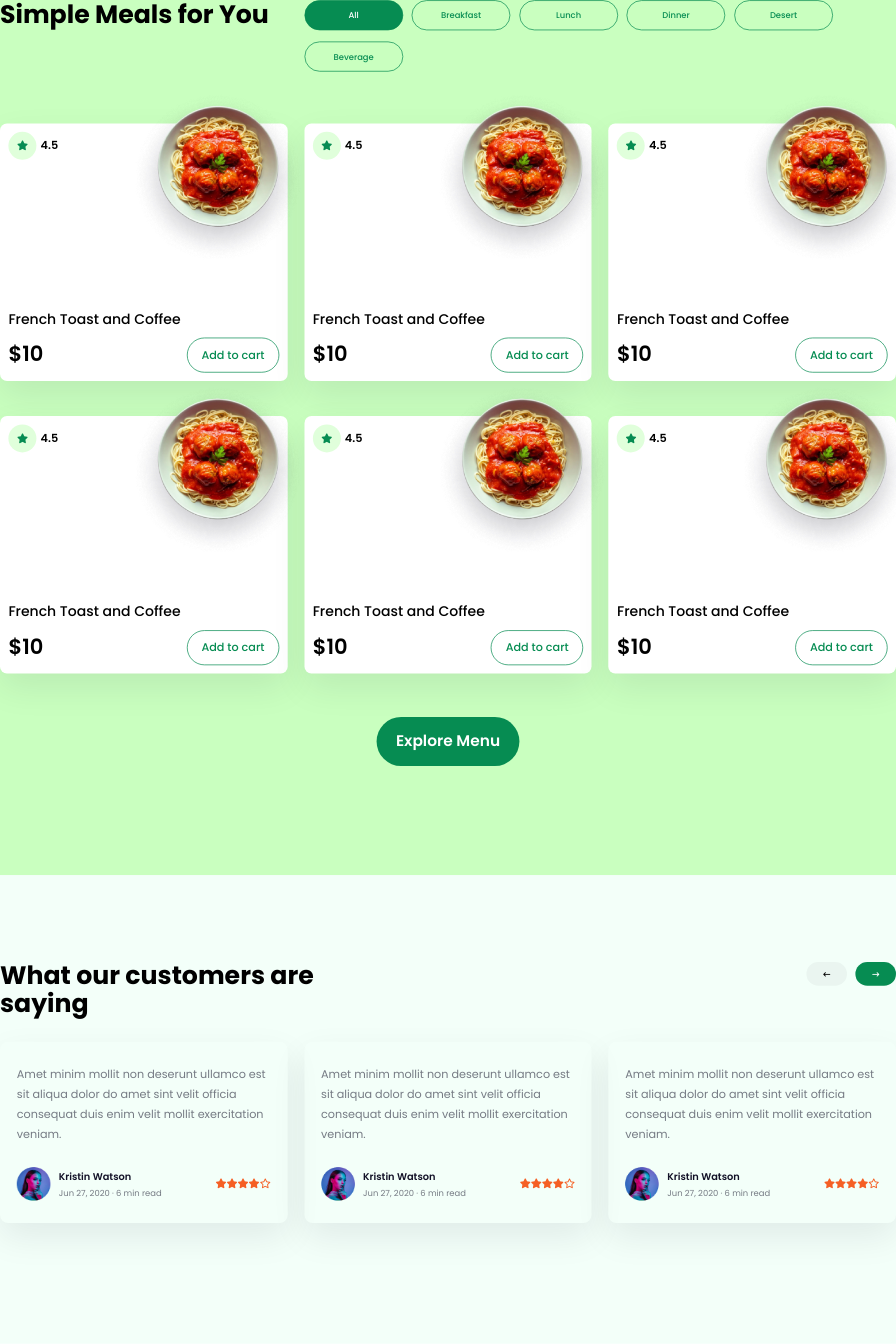
Repository: nguyennam1029/balbal
Page: index.html
An editor plug-in stored every save of this project. The page is shown before and after the next save, followed by the edit.
The browser window is 1280 px wide. The pictures show the part of the page from y = 1225 to 3145 px (the page is 3145 px tall), at 70% of full size.
Some web libraries are served in a nearby version.

Above is the page before, as saved 2022-07-06 18:50:55.

After the next save:
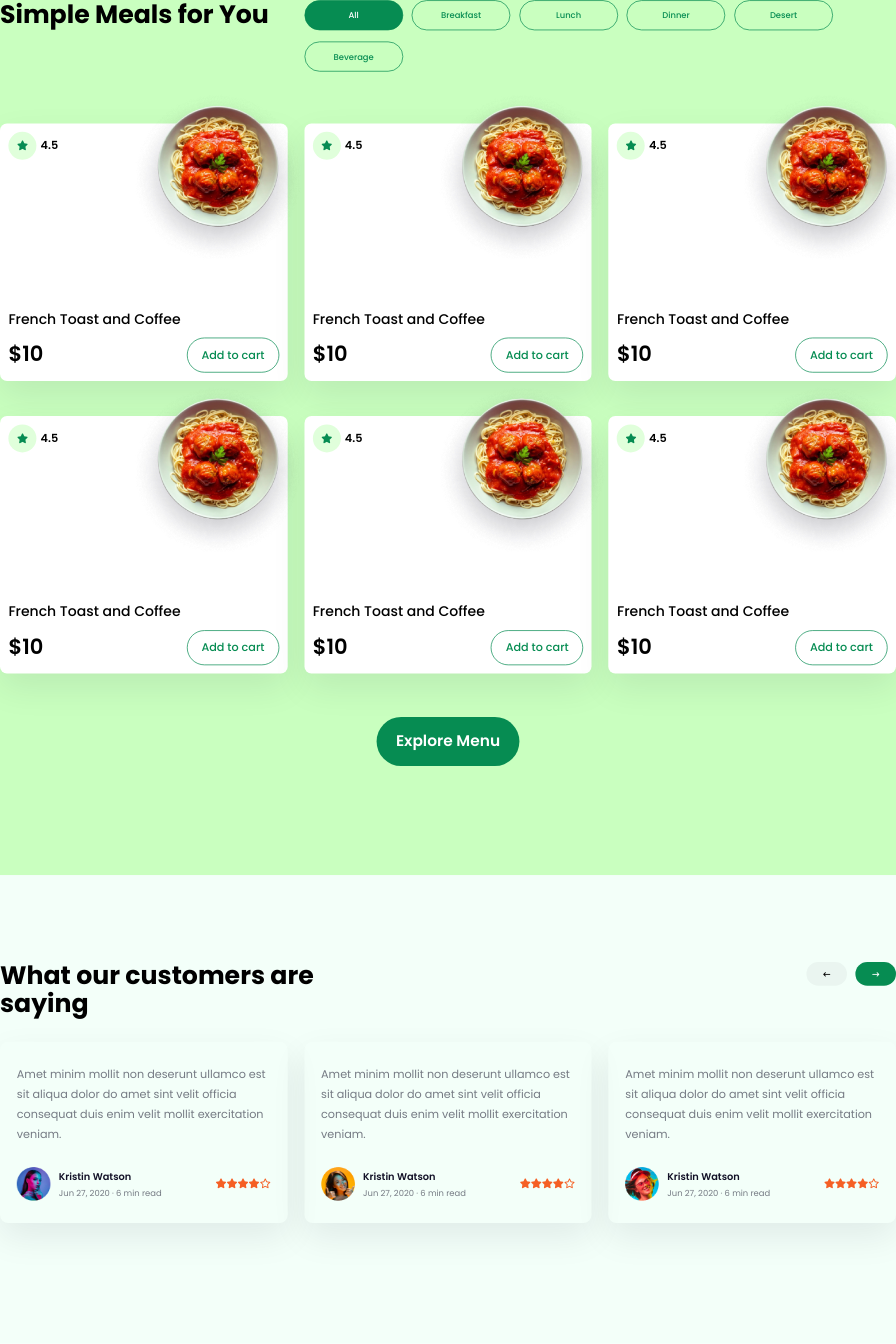
Saved 89 s later.
--- a/index.html
+++ b/index.html
@@ -318,7 +318,7 @@
                       </span>
                       <div class="comment-info">
                         <div class="info-left">
-                          <img src="images/cmt1.png" alt="">
+                          <img src="images/cmt2.png" alt="">
                           <div class="info-left--des">
                             <h4 class="info-left--name">Kristin Watson</h4>
                             <span class="info-left--time">Jun 27, 2020 · 6 min read</span>
@@ -348,7 +348,7 @@
                       </span>
                       <div class="comment-info">
                         <div class="info-left">
-                          <img src="images/cmt1.png" alt="">
+                          <img src="images/cmt3.png" alt="">
                           <div class="info-left--des">
                             <h4 class="info-left--name">Kristin Watson</h4>
                             <span class="info-left--time">Jun 27, 2020 · 6 min read</span>
